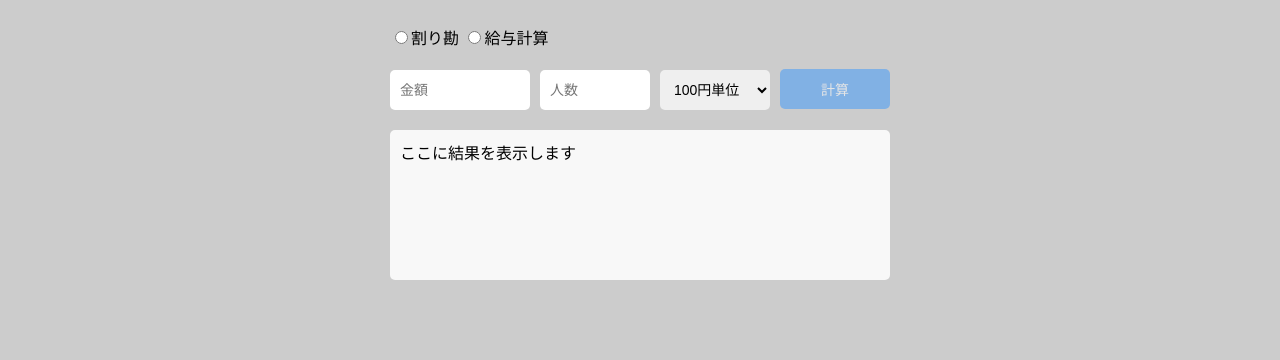
Repository: PythonPG/dentaku
Page: index.html
The author's editor kept a record of every edit. The page is drawn from the files as they stood at one moment, then again after the next edit.
The browser window is 1280 px wide. The pictures show the whole page.

Above is the page before.

### index.html
<!DOCTYPE html>
<html lang="ja">
<head>
  <meta charset="utf-8">
  <title>電卓</title>
  <link rel="stylesheet" href="css/styles.css">
</head>
<script type="text/javascript">
  function selectWarikan(){
    document.getElementById('price').placeholder = "金額";
    document.getElementById('num').placeholder = "人数";
    document.getElementById('unit').style.visibility = "visible";
  }
</script>
<script type="text/javascript">
  function selectKyuyo(){
    document.getElementById('price').placeholder = "時給";
    document.getElementById('num').placeholder = "勤務時間";
    document.getElementById('unit').style.visibility = "hidden";
  }
</script>
<body>
  <div class="container">
    <div class="select-area">
      <input type="radio" id="warikan" name="dentaku" value="warikan" onclick="selectWarikan()">割り勘
      <input type="radio" id="kyuyo" name="dentaku" value="kyuyo" onclick="selectKyuyo()">給与計算
    </div>
    <div class="input-area">
      <input type="text" id="price" placeholder="金額">
      <input type="text" id="num" placeholder="人数">
      <select id="unit">
        <option value="1">1円単位</option>
        <option value="10">10円単位</option>
        <option value="100" selected>100円単位</option>
        <option value="1000">1000円単位</option>
      </select>
      <div id="btn" class="disabled">計算</div>
    </div>
    <div class="result-area">
      <p id="result">ここに結果を表示します</p>
      <div id="reset" class="hidden">もう一度計算する？</div>
    </div>
  </div>
  <script src="js/main.js"></script>
</body>
</html>

### css/styles.css
body {
  background: #ccc;
  font-size: 16px;
  font-family: Arial, sans-serif;
}

.container {
  width: 500px;
  margin: 25px auto;
}

#price,
#num,
#unit {
  font-size: 14px;
  box-sizing: border-box;
  padding: 10px;
  height: 40px;
  border-radius: 5px;
  border: none;
  margin-right: 10px;
}

#price {
  width: 140px;
}

#num,
#unit {
  width: 110px;
}

#btn {
  cursor: pointer;
  display: inline-block;
  box-sizing: border-box;
  width: 110px;
  height: 40px;
  padding: 10px;
  background: #3897fd;
  border-radius: 5px;
  font-size: 14px;
  text-align: center;
  color: #fff;
}

.select-area {
  margin-bottom: 20px;
}

.input-area {
  font-size: 0;
  margin-bottom: 20px;
}

.result-area {
  background: #f8f8f8;
  padding: 10px;
  height: 130px;
  border-radius: 5px;
  position: relative;
}

#result {
  margin: 0;
}

#reset {
  text-decoration: underline;
  cursor: pointer;
  position: absolute;
  bottom: 10px;
  right: 10px;
}

#btn.disabled {
  opacity: 0.5;
}

#reset.hidden {
  display: none;
}

### js/main.js
var Dentaku = document.dentaku;
var FlagNum = false;
var Accumulation = 0;
var Enzan = "";

function NumPress (Num) {
    if (FlagNum) {
      Dentaku.readvalue.value = Num;
      FlagNum = false;
    }
    else {
      if (Dentaku.readvalue.value == "0") {
        Dentaku.readvalue.value = Num;
      } else {
        Dentaku.readvalue.value += Num;
      }
    }
  }

function Operation (Op) {
  var Readout = Dentaku.readvalue.value;
    if (FlagNum && Enzan != "=");
    else {
      FlagNum = true;
        if ( Enzan == '+' )
          Accumulation += parseFloat(Readout);
        else if ( '-' == Enzan )
          Accumulation -= parseFloat(Readout);
        else if ( '/' == Enzan )
          Accumulation /= parseFloat(Readout);
        else if ( '*' == Enzan )
          Accumulation *= parseFloat(Readout);
        else if ( '%' == Enzan )
          Accumulation %= parseFloat(Readout);
        else
          Accumulation = parseFloat(Readout);
          Dentaku.readvalue.value = Accumulation;
          Enzan = Op;
    }
}

function PlusMinus () {
  Dentaku.readvalue.value = parseFloat(Dentaku.readvalue.value) * -1;
}

function Shosuten () {
  var nowReadOut = Dentaku.readvalue.value;
  if (FlagNum) {
    nowReadOut = "0.";
    FlagNum = false;
  } else {
    if (nowReadOut.indexOf(".") == -1)
      nowReadOut += ".";
  }
  Dentaku.readvalue.value = nowReadOut;
}

function ClearEntry () {
  Dentaku.readvalue.value = "0";
  FlagNum = true;
}

function Clear () {
  Accumulation = 0;
  Enzan = "";
  ClearEntry();
}

function Percent () {
  if ( Enzan == '+' || Enzan == '-' )
  Dentaku.readvalue.value = (parseFloat(Dentaku.readvalue.value) / 100) * parseFloat(Accumulation);
  else if ( Enzan == '*' || Enzan == '/' )
  Dentaku.readvalue.value = parseFloat(Dentaku.readvalue.value) / 100;
}

After the next edit:
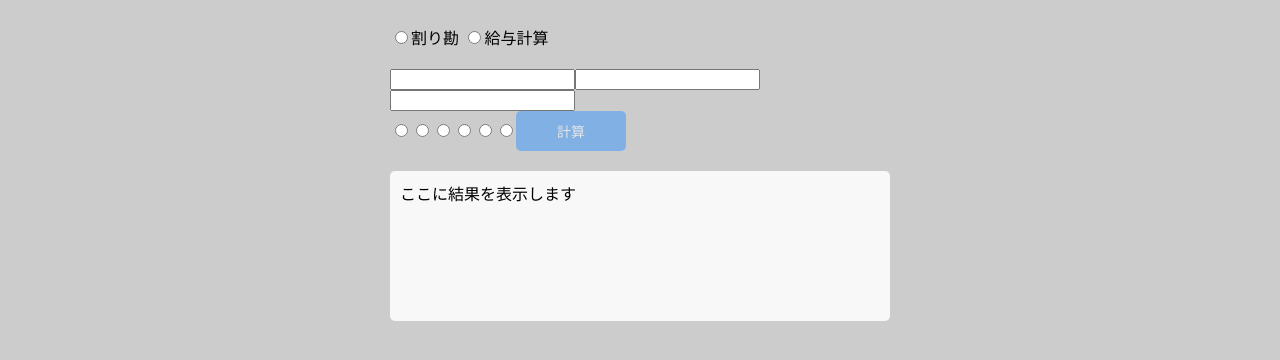
The edit:
--- a/index.html
+++ b/index.html
@@ -5,20 +5,6 @@
   <title>電卓</title>
   <link rel="stylesheet" href="css/styles.css">
 </head>
-<script type="text/javascript">
-  function selectWarikan(){
-    document.getElementById('price').placeholder = "金額";
-    document.getElementById('num').placeholder = "人数";
-    document.getElementById('unit').style.visibility = "visible";
-  }
-</script>
-<script type="text/javascript">
-  function selectKyuyo(){
-    document.getElementById('price').placeholder = "時給";
-    document.getElementById('num').placeholder = "勤務時間";
-    document.getElementById('unit').style.visibility = "hidden";
-  }
-</script>
 <body>
   <div class="container">
     <div class="select-area">
@@ -26,14 +12,16 @@
       <input type="radio" id="kyuyo" name="dentaku" value="kyuyo" onclick="selectKyuyo()">給与計算
     </div>
     <div class="input-area">
-      <input type="text" id="price" placeholder="金額">
-      <input type="text" id="num" placeholder="人数">
-      <select id="unit">
-        <option value="1">1円単位</option>
-        <option value="10">10円単位</option>
-        <option value="100" selected>100円単位</option>
-        <option value="1000">1000円単位</option>
-      </select>
+      <input type="text" id="value1">
+      <input type="text" id="kigou">
+      <input type="text" id="value2">
+      <br>
+      <input type="radio" name="enzan" id="plus">+
+      <input type="radio" name="enzan" id="minus">-
+      <input type="radio" name="enzan" id="multiply">×
+      <input type="radio" name="enzan" id="divide">÷
+      <input type="radio" name="enzan" id="amari">あまり
+      <input type="radio" name="shosu" id="shosu">.
       <div id="btn" class="disabled">計算</div>
     </div>
     <div class="result-area">
